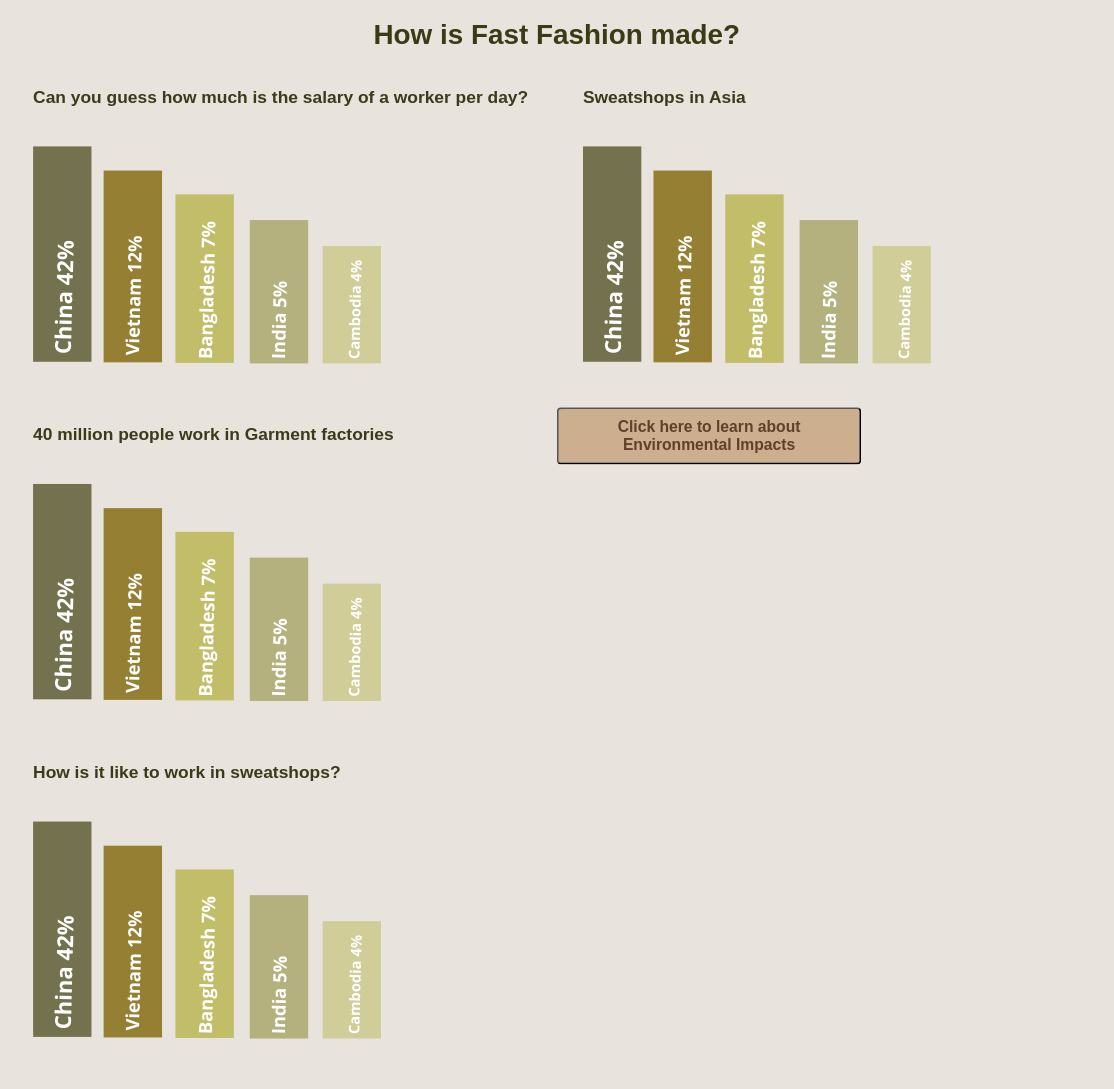
Repository: DevOfHockey/mdia-2190-midterm
Page: fashionlabor.html
These files come from the project's save history. The page is drawn as it stood at one moment and after the next save; the edit follows.
The browser window is 1280 px wide. The pictures show the whole page, at 87% of full size.

Above is the page before, as saved 2022-03-01 21:43:24.
Console error: TypeError: Cannot set properties of null (setting 'src')

### fashionlabor.html
<!DOCTYPE html>
<html>
  <head>
    <title>Fashion Labor</title>
    <script src="comps/header.js"></script>
    <script src="comps/subheading.js"></script>
    <script src="comps/infobox.js"></script>
  </head>
  <!-- CSS STYLESHEET -->
  <style>
    body {
      background-color: #e8e3dc;
      font-family: Arial, Helvetica, sans-serif;
    }
    .Headings {
      text-align: center;
      font-family: Arial, Helvetica, sans-serif;
    }
    #info {
      display: grid;
      grid-template-columns: 2fr 2fr;
    }
    button {
      background-color: #CBAF8F;
      color: #5E412B;
      padding: 10px 10px;
      text-align: center;
      text-decoration: none;
      font-family: Arial, Helvetica, sans-serif;
      font-size: 18px;
      font-weight: bold;
      border-radius: 5px;
      width: 350px;
    }

</style>

<!-- HTML -->
<!-- Header -->
  <body>
  <div class="main"></div>
    <div class="Headings">
      <the-header
        name="Sample Header">
      </the-header>
      <the-subheading
        name="Sample Sub-heading">
      </the-subheading>
    </div>

<!-- Images with Info-->
    <div id="info">
      <div class="salary">
        <the-info
          name="Can you guess how much is the salary of a worker per day?">
        </the-info>
      </div>

      <div class="asia">
        <the-info
          name="Sweatshops in Asia">
        </the-info>
      </div>

      <div class="people">
        <the-info
          name="40 million people work in Garment factories">
        </the-info>
      </div>

      <div class="environment">
        <button>Click here to learn about Environmental Impacts</button>
      </div>

      <div class="sweatshops">
        <the-info
          name="How is it like to work in sweatshops?">
        </the-info>
      </div>
    </div>
  </div>

  </body>
</html>

### comps/header.js
var template_header = document.createElement("template"); //<template> </template> RULE

//To-do - CREATE THE UI HERE!
template_header.innerHTML = `
<div class = "header">
<h1> How is Fast Fashion made? </h1>
</div>
<style>
h1 {
    color: #393b14;
}
</style>
`;

//MUST HAVE - CREATE A CLASS WITH HTMLELEMENT POWERS (interfaces/functionalities)
class TheHeader extends HTMLElement {

    //MUST HAVE - CREATE A CONSTRUCTOR TO DO INITAL ASSOCIATIONS
    constructor(){
        super(); //pass on the HTMLElement super powers!
        this.attachShadow({mode:"open"}) //Attach it to the shadowRoot

        //To-do - CREATE THE STATES FOR THE UI HERE!
    }

    //MUST HAVE - FUNCTION THAT RUNS AFTER IT'S CONNECTED
    connectedCallback(){
        this.shadowRoot.appendChild(template_header.content.cloneNode(true)); //use the template to make a clone
    }

    //To-do - CREATE THE FUNCTIONALITIES HERE!
}

//MUST HAVE - define the tag for the custom elements
customElements.define("the-header", TheHeader)

### comps/infobox.js
//MUST HAVE - CREATE A TEMPLATE TAG
var template_info = document.createElement("template"); //<template> </template> RULE

//To-do - CREATE THE UI HERE!
template_info.innerHTML = `
<div id = "info_cont">
<h3>Info Title<h3>
<img id='image' src='/imgs/sweatshopsgraph.svg' />
</div>

<style>
h3 {
    font-size: 20px;
    font-weight: bold;
    color: #393B1A;
    text-align: left;
    margin-left: 30px;
}

#image {
    width: 400px;
    height: 300px;
}
`;

//MUST HAVE - CREATE A CLASS WITH HTMLELEMENT POWERS (interfaces/functionalities)
class TheInfo extends HTMLElement {

    //MUST HAVE - CREATE A CONSTRUCTOR TO DO INITAL ASSOCIATIONS
    constructor(){
        super(); //pass on the HTMLElement super powers!
        this.attachShadow({mode:"open"}) //Attach it to the shadowRoot

        //To-do - CREATE THE STATES FOR THE UI HERE!
    }

    //MUST HAVE - FUNCTION THAT RUNS AFTER IT'S CONNECTED
    connectedCallback(){
        this.shadowRoot.appendChild(template_info.content.cloneNode(true)); //use the template to make a clone
        //console.log(this.getAttribute("name"))
        if(this.getAttribute("name"))
        this.shadowRoot.querySelector("#info_cont > h3").innerText = this.getAttribute("name");
        this.shadowRoot.querySelector("#info_cont > image").src = this.getAttribute("img");

    }

    //To-do - CREATE THE FUNCTIONALITIES HERE!
}

//MUST HAVE - define the tag for the custom elements
customElements.define("the-info", TheInfo)

Loaded but not shown: comps/subheading.js (no copy from this time; the picture is the same without it)

After the next save:
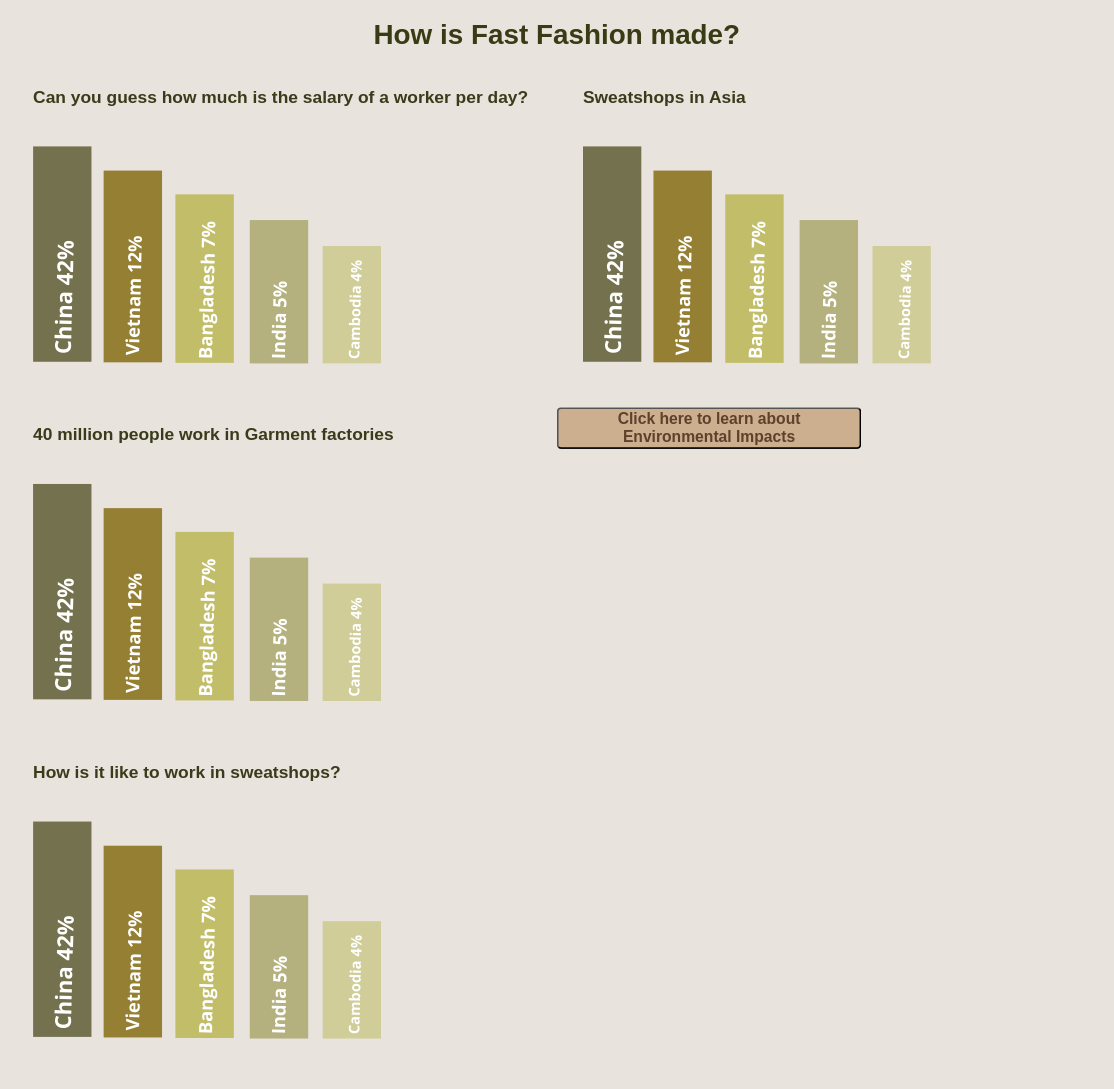
Saved 9 s later.
--- a/fashionlabor.html
+++ b/fashionlabor.html
@@ -23,7 +23,6 @@
     button {
       background-color: #CBAF8F;
       color: #5E412B;
-      padding: 10px 10px;
       text-align: center;
       text-decoration: none;
       font-family: Arial, Helvetica, sans-serif;

After the save that followed:
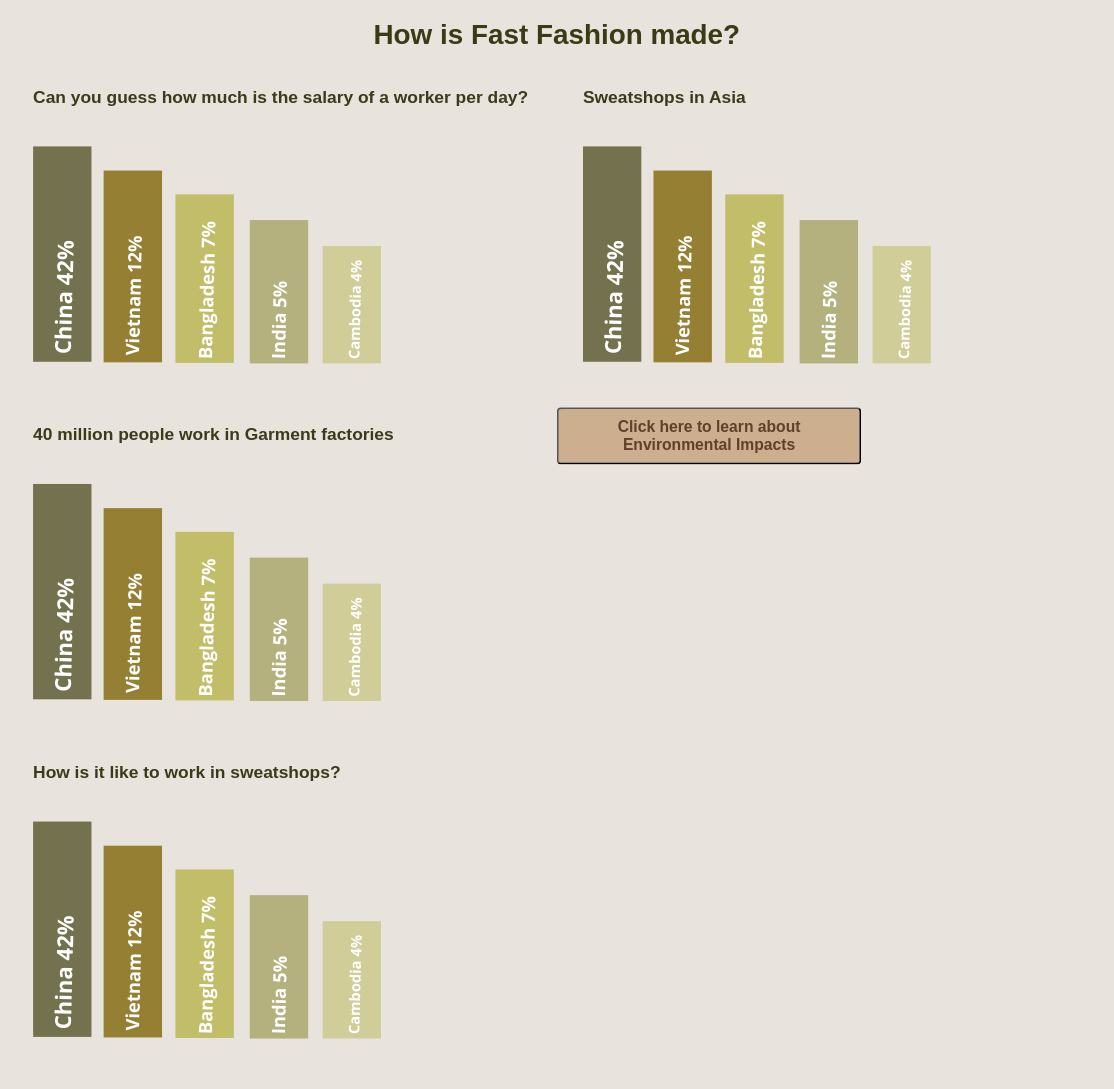
Saved 15 s later.
--- a/fashionlabor.html
+++ b/fashionlabor.html
@@ -24,6 +24,7 @@
       background-color: #CBAF8F;
       color: #5E412B;
       text-align: center;
+      padding: 10px;
       text-decoration: none;
       font-family: Arial, Helvetica, sans-serif;
       font-size: 18px;
